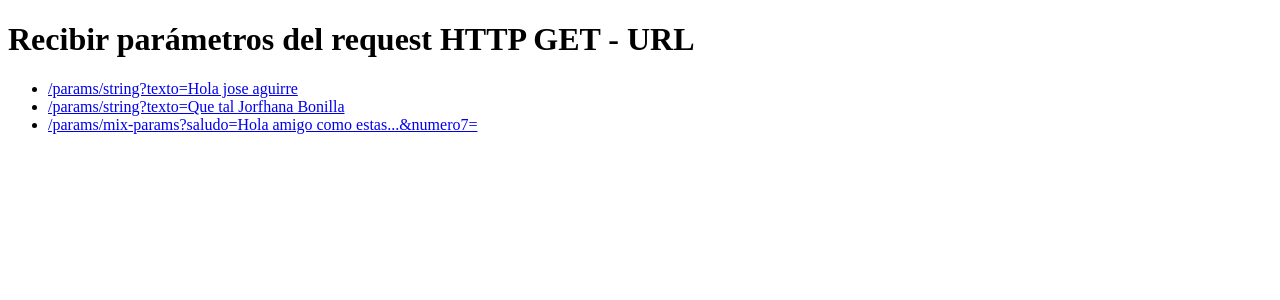
Repository: Josej36Aguirre/Spring5
Page: http://localhost/params/index
These files come from the project's save history. The page is drawn as it stood at one moment and after the next save; the edit follows.
The browser window is 1280 px wide. The pictures show the whole page.
The page is this project's Thymeleaf template; nobody is signed in. The template is opened directly, without the code that normally fills it, so the values that code supplies are empty.

Above is the page before, as saved 2019-06-19 18:49:02.

After the next save:
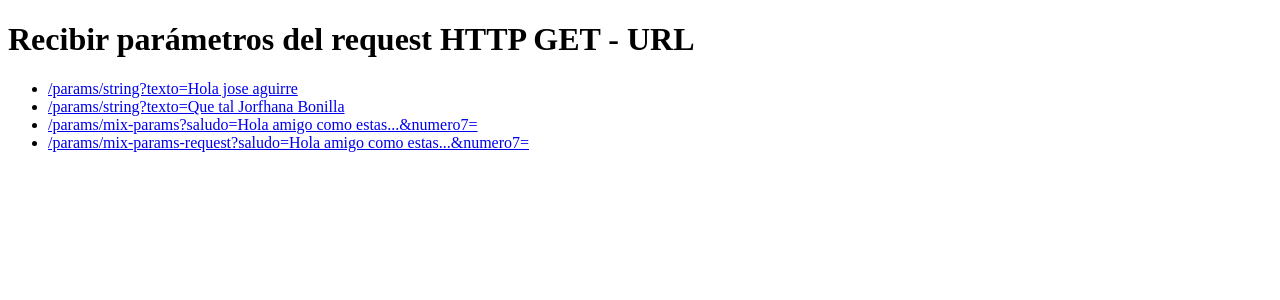
Saved 2 min 26 s later.
--- a/spring-boot-web/src/main/resources/templates/params/index.html
+++ b/spring-boot-web/src/main/resources/templates/params/index.html
@@ -16,6 +16,9 @@
 <li>
 <a th:href="@{/params/mix-params(saludo='Hola amigo como estas...', numero=10)}">/params/mix-params?saludo=Hola amigo como estas...&numero7=</a>
 </li>
+<li>
+<a th:href="@{/params/mix-params-request(saludo='Hola amigo como estas...', numero=10)}">/params/mix-params-request?saludo=Hola amigo como estas...&numero7=</a>
+</li>
 </ul>
 </body>
 </html>
